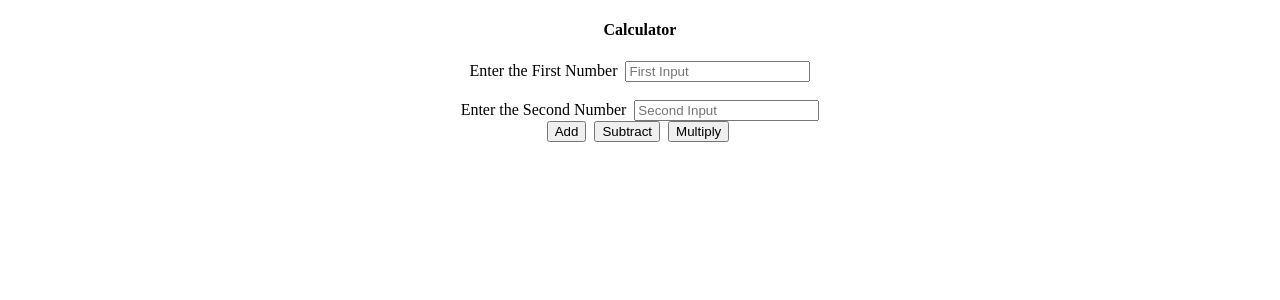
Repository: Shreyash1107/Intern_Projects
Page: Calculator/src/main/webapp/Calculator.html
The author's editor kept a copy of each file at every save. The page is drawn from the files as they stood at one save, then again after the next save.
The browser window is 1280 px wide. The pictures show the whole page.

Above is the page before, as saved 2024-07-03 10:13:11.

### Calculator/src/main/webapp/Calculator.html
<!DOCTYPE html>
<html>
<head>
<meta charset="ISO-8859-1">
<title>Calculator</title>
</head>
<body>
		<center>
			<form>
				<div class="wrapper">
			<h4>Calculator</h4>
			<div class="container">
					<tr>
					<td>Enter the First Number</td>&nbsp;
						<td><input type="number" name="First" value="" placeholder="First Input"</td>
					</tr>
					<br><br>
					<tr>
						<td>Enter the Second Number</td>&nbsp;
						<td><input type="number" name="Second" value="" placeholder="Second Input"</td>
					</tr>
					<div class="Result">
					<input type="submit" name="a" value="Add">&nbsp;
					<input type="submit" name="b" value="Subtract">&nbsp;
					<input type="submit" name="c" value="Multiply">&nbsp;
					</div>
			</div>
		</div>
			</form>
		</center>
</body>
</html>

After the next save:
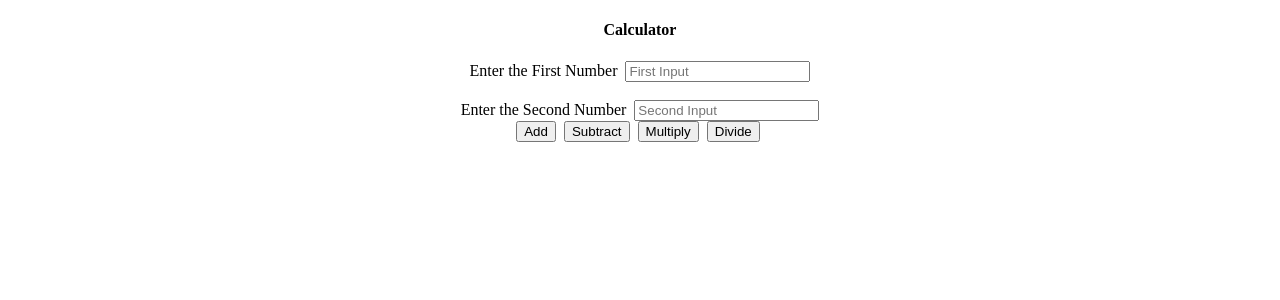
Saved 20 s later.
--- a/Calculator/src/main/webapp/Calculator.html
+++ b/Calculator/src/main/webapp/Calculator.html
@@ -23,6 +23,7 @@
 					<input type="submit" name="a" value="Add">&nbsp;
 					<input type="submit" name="b" value="Subtract">&nbsp;
 					<input type="submit" name="c" value="Multiply">&nbsp;
+					<input type="submit" name="d" value="Divide">&nbsp;
 					</div>
 			</div>
 		</div>
